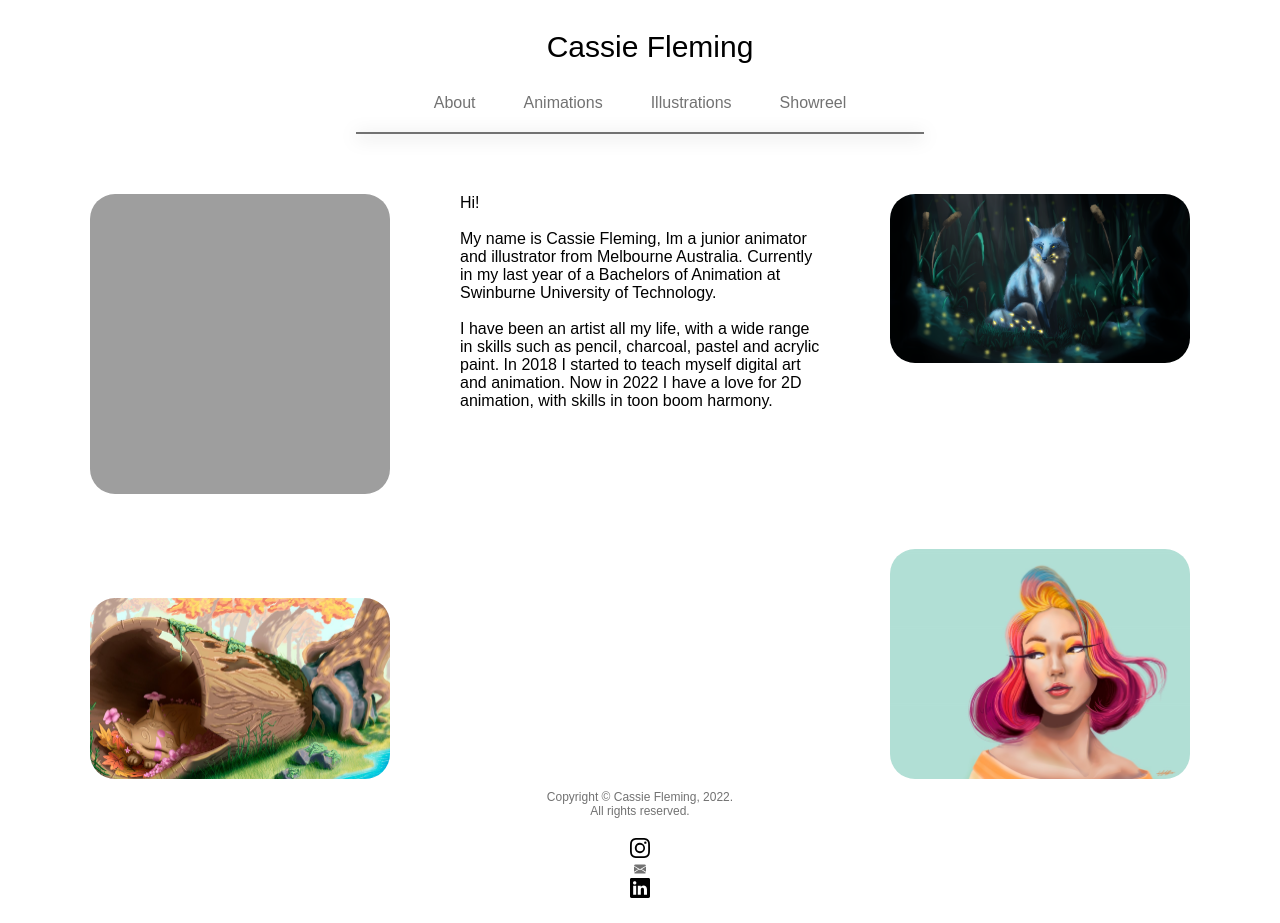
Repository: David-Waite/Cassie-Fleming-portfolio
Page: /
An editor plug-in stored every save of this project. The page is shown before and after the next save, followed by the edit.
The browser window is 1280 px wide. The pictures show the whole page.
Pictures or frames that could not be fetched are drawn as grey boxes. Some web fonts or font styles are not loaded; a fallback is used. The project was rebuilt for these pictures with package versions that can differ from the ones it lists, and the page was loaded fresh each time. The framework's server and built-in components were replaced by stand-ins that run in the browser. Also part of the build but not shown: next.config.js.

Above is the page before, as saved 2022-09-11 17:41:10.

After the next save:
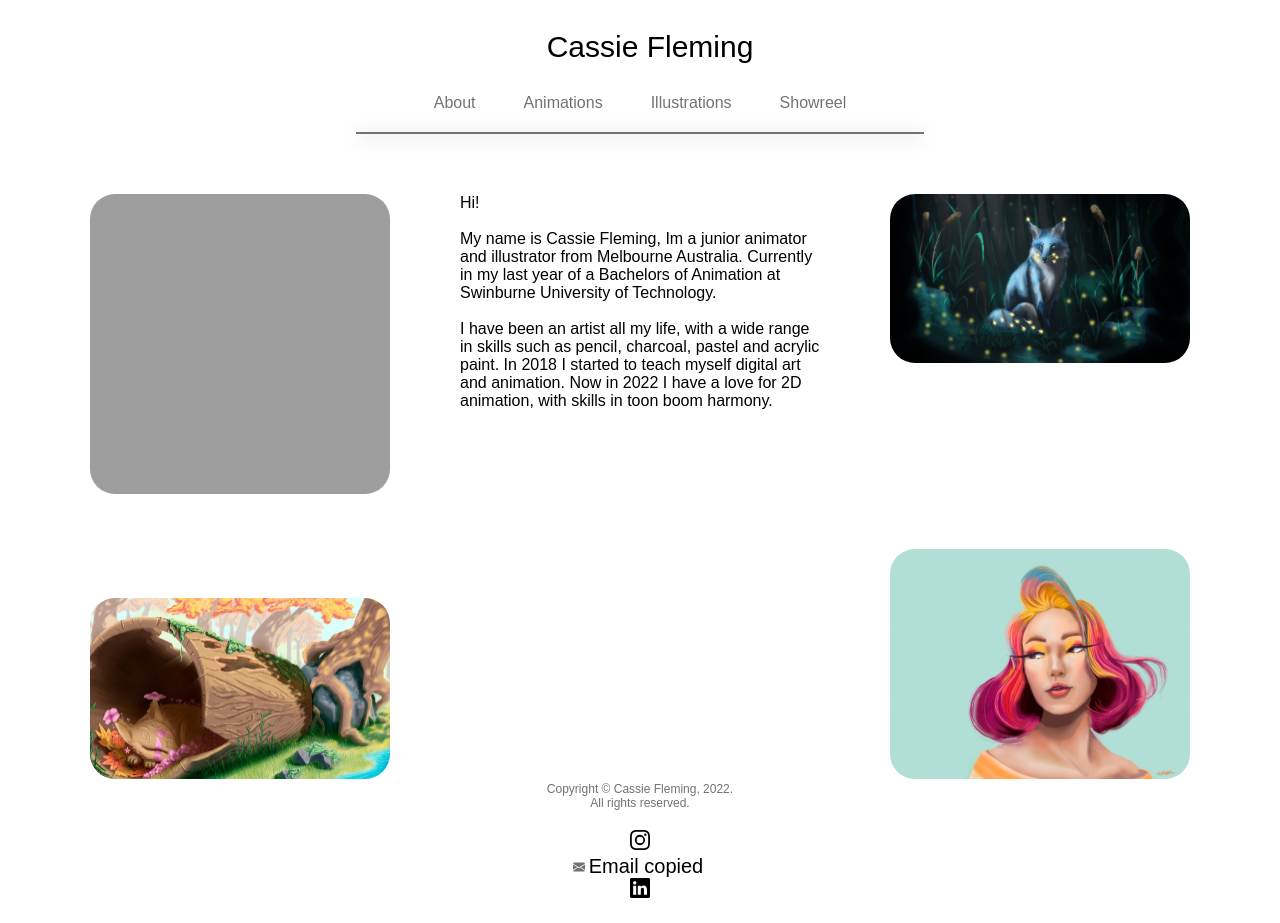
Saved 44 s later.
--- a/components/Layout.js
+++ b/components/Layout.js
@@ -61,6 +61,7 @@ export default function Layout({ children }) {
             }}
           >
             <EnvelopeFill />
+            <span>Email copied</span>
           </div>
           <span>
             <Link href="http://www.linkedin.com/in/cassie-fleming-500a56204">
